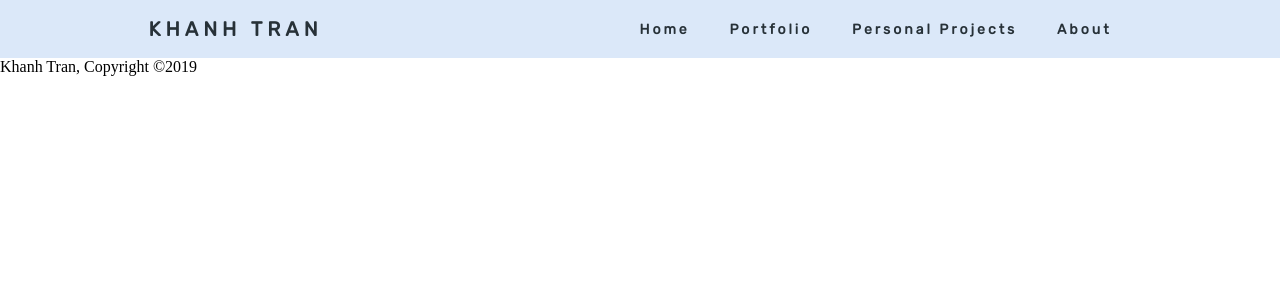
Repository: KTPo/KTPo.github.io
Page: index.html
The author's editor kept a record of every edit. The page is drawn from the files as they stood at one moment, then again after the next edit.
The browser window is 1280 px wide. The pictures show the whole page.

Above is the page before.

After the next edit:
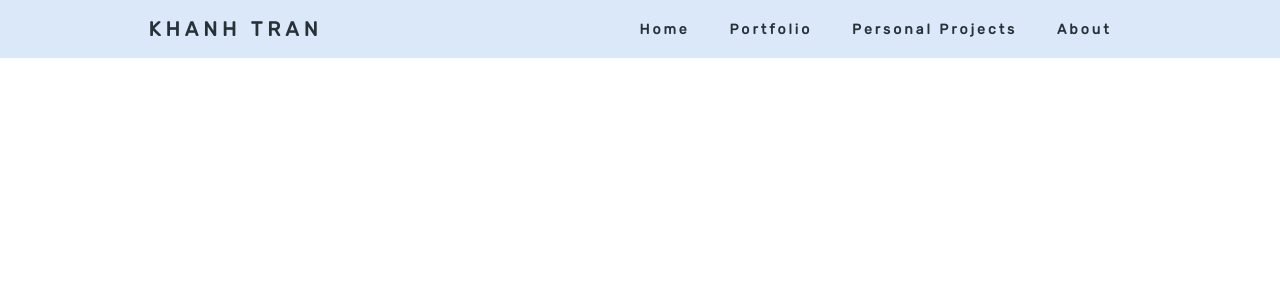
The edit:
--- a/index.html
+++ b/index.html
@@ -44,7 +44,7 @@
 
 
 
-        <footer>
+        <!--<footer>
             <p>Khanh Tran, Copyright &copy;2019</p>
         </footer>
     </body>
